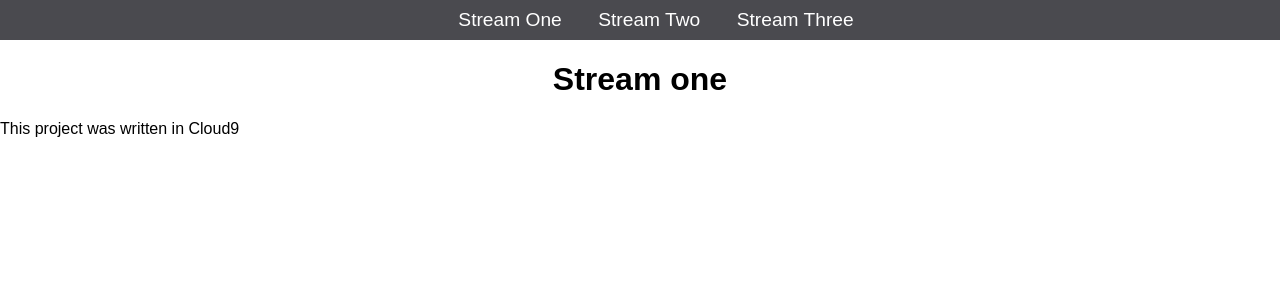
Repository: ycoll/my-first-website
Page: stream-one.html
The author's editor kept a record of every edit. The page is drawn from the files as they stood at one moment, then again after the next edit.
The browser window is 1280 px wide. The pictures show the whole page.

Above is the page before.

After the next edit:
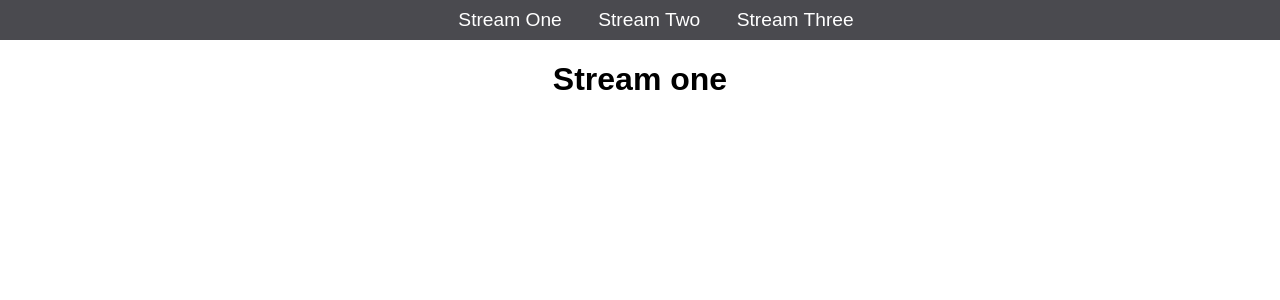
The edit:
--- a/stream-one.html
+++ b/stream-one.html
@@ -13,6 +13,11 @@
             </ul>
         </nav>
         <h1>Stream one</h1>
-        <p>This project was written in Cloud9</p>
+        <div class='card'>
+            <a href=''>
+                <img />
+                <h2></h2>
+            </a>
+        </div>
     </body>
 </html>
